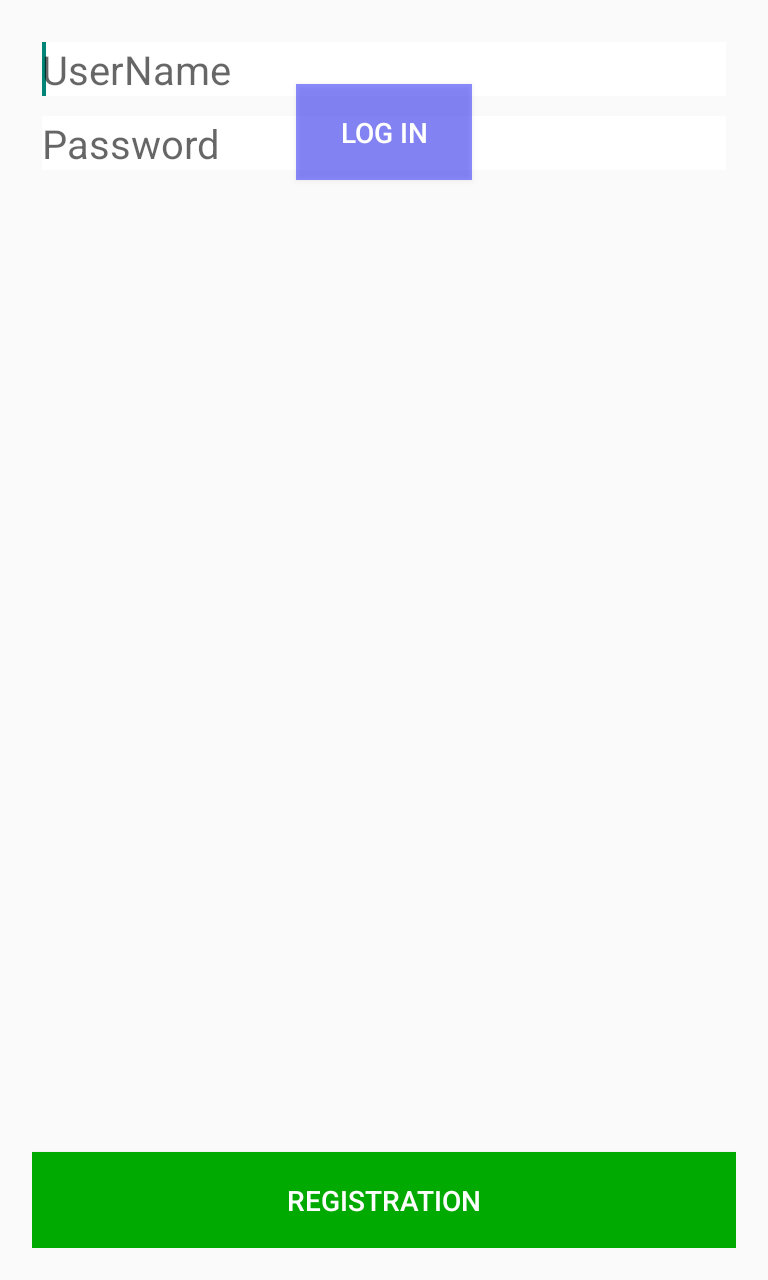
Repository: HarithaAmmuHari/Database
Layout: Database/res/layout/activity_login.xml
The author's editor kept a copy of each file at every save. The layout is drawn from the files as they stood at one save, then again after the next save.
It is drawn on a 768 x 1280 px phone screen (xhdpi) without system bars, with theme AppTheme; the app's code is not run.

Above is the layout before, as saved 2015-04-13 08:31:43.

After the next save:
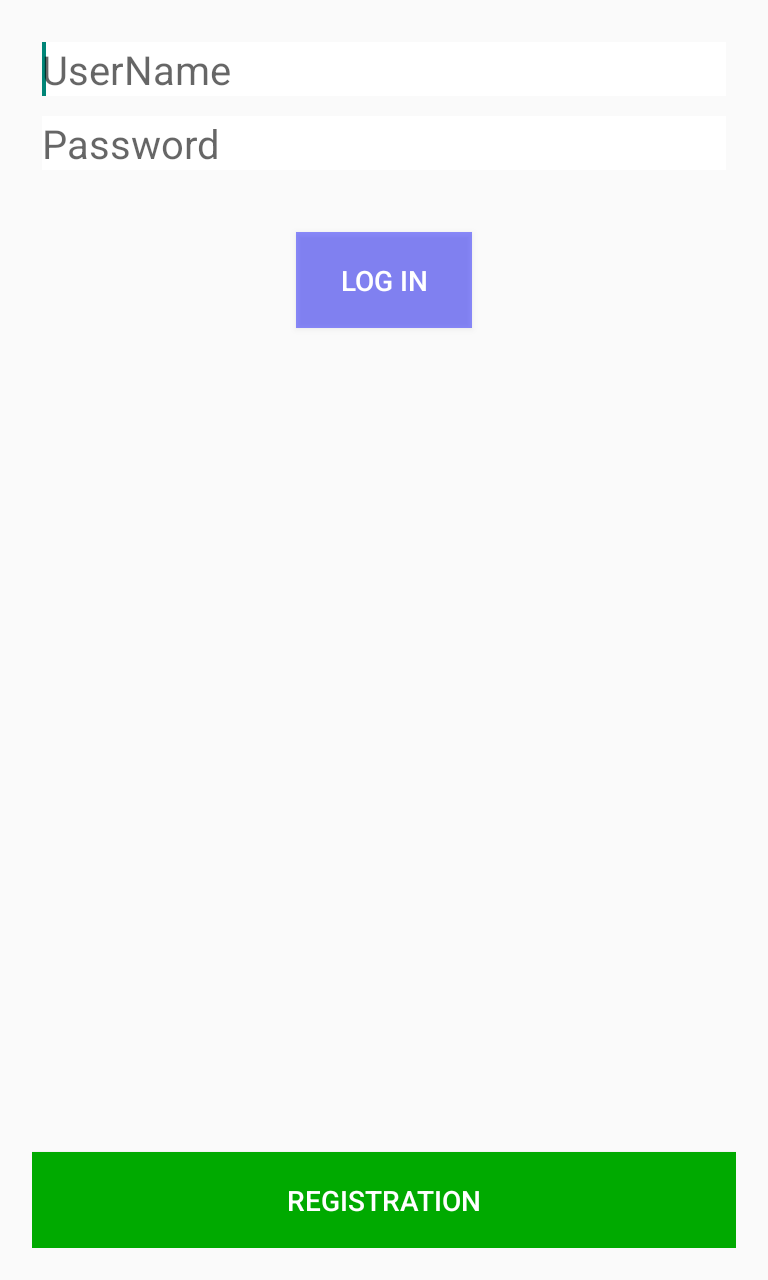
Saved 12 s later.
--- a/Database/res/layout/activity_login.xml
+++ b/Database/res/layout/activity_login.xml
@@ -46,7 +46,7 @@
 
     <Button
         android:id="@+id/button1"
-        android:layout_below="@+id/editText2"
+        android:layout_below="@+id/editPass"
         android:layout_width="wrap_content"
         android:layout_height="wrap_content"
         android:layout_centerHorizontal="true"
